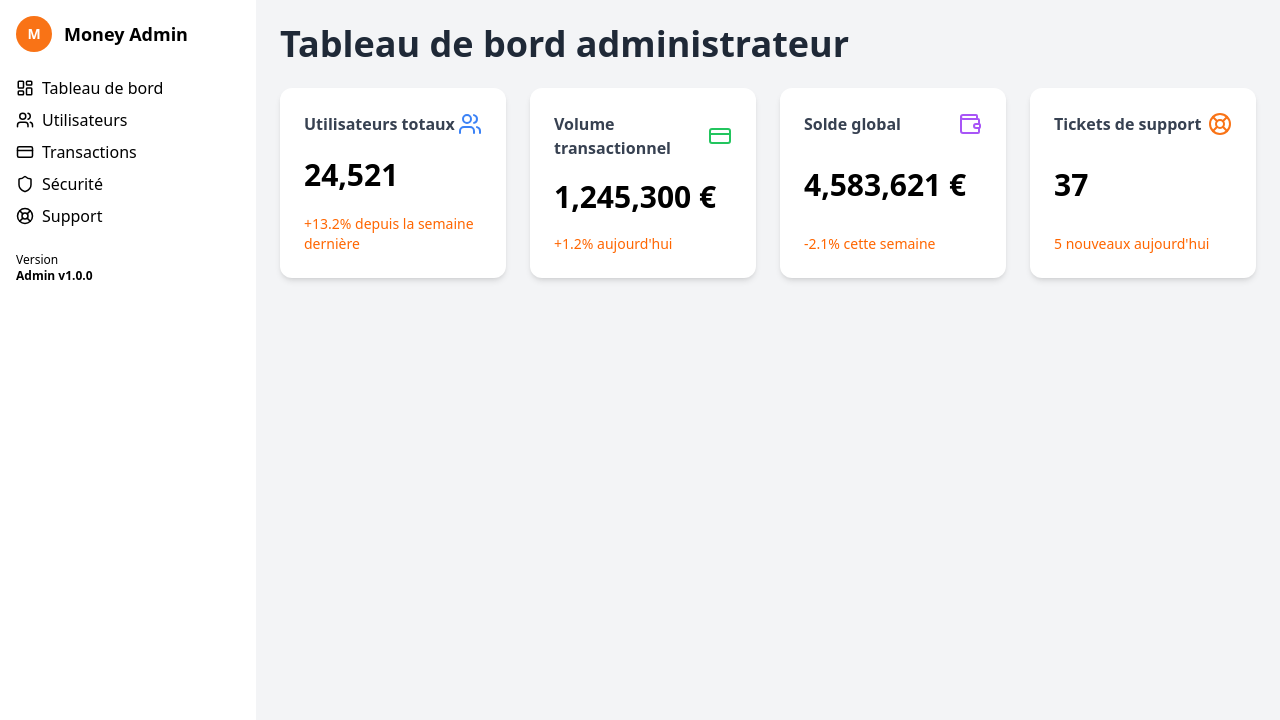
Repository: Edongo999/Dashboard
Page: /
An editor plug-in stored every save of this project. The page is shown before and after the next save, followed by the edit.
The browser window is 1280 px wide. The pictures show the whole page.
The project was rebuilt for these pictures with package versions that can differ from the ones it lists, and the page was loaded fresh each time. Also part of the build but not shown: vite.config.ts.

Above is the page before, as saved 2025-10-13 13:51:45.

### index.html
<!doctype html>
<html lang="en">
  <head>
    <meta charset="UTF-8" />
    <link rel="icon" type="image/svg+xml" href="/vite.svg" />
    <meta name="viewport" content="width=device-width, initial-scale=1.0" />
    <title>mon_dashboard</title>
  </head>
  <body>
    <div id="root"></div>
    <script type="module" src="/src/main.tsx"></script>
  </body>
</html>

### src/App.tsx
import Sidebar from "./components/Sidebar"
import StatBlock from "./components/StatBlock"
import { Users, CreditCard, Wallet, LifeBuoy } from "lucide-react"

const App = () => {
  const kpis = [
    {
      title: "Utilisateurs totaux",
      value: "24,521",
      subtext: "+13.2% depuis la semaine dernière",
      icon: <Users />,
      iconColor: "text-blue-500"
    },
    {
      title: "Volume transactionnel",
      value: "1,245,300 €",
      subtext: "+1.2% aujourd'hui",
      icon: <CreditCard />,
      iconColor: "text-green-500"
    },
    {
      title: "Solde global",
      value: "4,583,621 €",
      subtext: "-2.1% cette semaine",
      icon: <Wallet />,
      iconColor: "text-purple-500"
    },
    {
      title: "Tickets de support",
      value: "37",
      subtext: "5 nouveaux aujourd'hui",
      icon: <LifeBuoy />,
      iconColor: "text-orange-500"
    }
  ]

  return (
    <div className="flex min-h-screen">
      <Sidebar />
      <main
        className="flex-1 overflow-auto p-6"
        style={{ backgroundColor: "#F3F4F6" }}
      >
        <h1
          className="text-4xl font-bold mb-6"
          style={{ color: "#1F2937" }}
        >
          Tableau de bord administrateur
        </h1>

        {/* Cartes KPI responsive */}
        <div className="grid grid-cols-1 sm:grid-cols-2 lg:grid-cols-4 gap-6 mb-6">
          {kpis.map((kpi, i) => (
            <StatBlock key={i} {...kpi} />
          ))}
        </div>
      </main>
    </div>
  )
}

export default App

### src/components/Sidebar.tsx
import {
  LayoutDashboard,
  Users,
  CreditCard,
  Shield,
  LifeBuoy,
  Menu
} from "lucide-react"
import { useState } from "react"

const Sidebar = () => {
  const [open, setOpen] = useState(false)

  return (
    <>
      {/* Bouton hamburger mobile */}
      <button
        className="lg:hidden fixed top-4 left-4 z-50 bg-white p-2 rounded-md shadow-md"
        onClick={() => setOpen(!open)}
      >
        <Menu className="text-gray-800" />
      </button>

      {/* Sidebar */}
      <aside
        className={`fixed top-0 left-0 h-full w-64 bg-neutral text-neutral-content flex flex-col justify-between p-4 z-40 transition-transform duration-300 ${
          open ? "translate-x-0" : "-translate-x-full"
        } lg:translate-x-0 lg:static lg:block`}
        style={{ opacity: 1 }}
      >
        {/* Haut : logo + menu */}
        <div>
          <div className="flex items-center gap-3 mb-6">
            <div className="bg-orange-500 text-white rounded-full w-9 h-9 flex items-center justify-center font-bold text-sm shrink-0">
              M
            </div>
            <span className="text-lg font-semibold whitespace-nowrap">Money Admin</span>
          </div>

          <ul className="menu space-y-2">
            <li><a className="flex items-center gap-2"><LayoutDashboard size={18} />Tableau de bord</a></li>
            <li><a className="flex items-center gap-2"><Users size={18} />Utilisateurs</a></li>
            <li><a className="flex items-center gap-2"><CreditCard size={18} />Transactions</a></li>
            <li><a className="flex items-center gap-2"><Shield size={18} />Sécurité</a></li>
            <li><a className="flex items-center gap-2"><LifeBuoy size={18} />Support</a></li>
          </ul>
        </div>

        {/* Bas : version */}
        <div className="text-xs text-neutral-content/70 mt-6">
          Version<br />
          <span className="font-semibold">Admin v1.0.0</span>
        </div>
      </aside>
    </>
  )
}

export default Sidebar

### src/components/StatBlock.tsx
import { motion } from "framer-motion"

type StatBlockProps = {
  title: string
  value: string
  subtext: string
  icon: React.ReactNode
  iconColor: string
}

const StatBlock = ({ title, value, subtext, icon, iconColor }: StatBlockProps) => {
  return (
    <motion.div
      initial={{ opacity: 0, y: 30 }}
      animate={{ opacity: 1, y: 0 }}
      transition={{ duration: 0.5, ease: "easeOut" }}
      className="bg-white shadow-md p-6 rounded-[12px] flex flex-col justify-between w-full max-w-[240px] h-[190px]"
    >
      <div className="flex justify-between items-center">
        <h3 className="text-base font-semibold text-gray-700">{title}</h3>
        <div className={`text-2xl ${iconColor}`}>{icon}</div>
      </div>
      <p className="text-3xl font-bold mt-2 text-black">{value}</p>
      <p className="text-sm mt-2 text-[#FF6600] font-medium">{subtext}</p>
    </motion.div>
  )
}

export default StatBlock

### tailwind.config.js
/** @type {import('tailwindcss').Config} */
module.exports = {
  content: ["./src/**/*.{js,jsx,ts,tsx}"],
  theme: { extend: {} },
  plugins: [require("daisyui")],
  daisyui: {
    themes: [
      {
        mytheme: {
          "primary": "#570df8",
          "secondary": "#f000b8",
          "accent": "#37cdbe",
          "neutral": "#3d4451",
          "base-100": "#F3F4F6", // <-- couleur de fond principale pour tout le dashboard
          "base-200": "#e5e7eb", // pour cartes ou sections légèrement plus foncées
          "base-300": "#d1d5db", // pour éléments encadrés
          "base-content": "#111827", // couleur du texte principal
          "info": "#3ABFF8",
          "success": "#36D399",
          "warning": "#FBBD23",
          "error": "#F87272",
        },
      },
    ],
  },
};

Loaded but not shown: src/main.tsx (common file); src/index.css (common file)

After the next save:
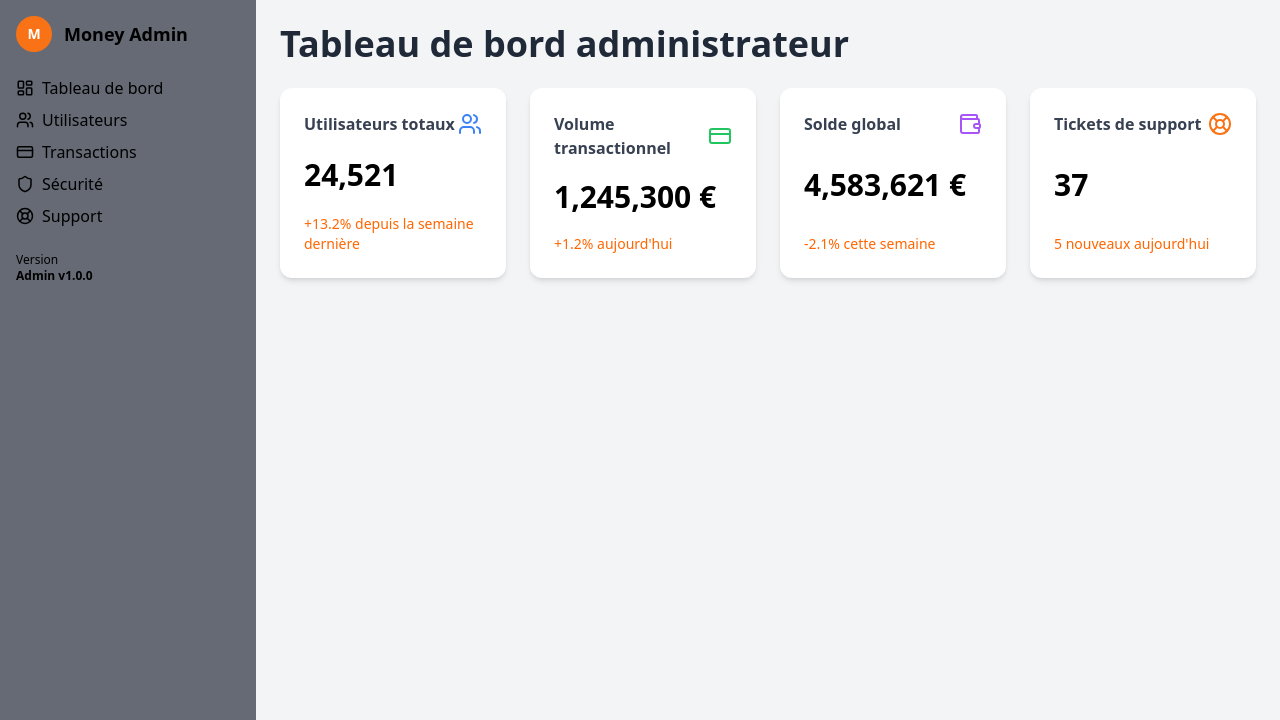
Saved 3 min 20 s later.
--- a/src/components/Sidebar.tsx
+++ b/src/components/Sidebar.tsx
@@ -23,7 +23,7 @@ const Sidebar = () => {
 
       {/* Sidebar */}
       <aside
-        className={`fixed top-0 left-0 h-full w-64 bg-neutral text-neutral-content flex flex-col justify-between p-4 z-40 transition-transform duration-300 ${
+        className={`fixed top-0 left-0 w-64 h-screen bg-[#656A74] text-neutral-content flex flex-col justify-between p-4 z-40 transition-transform duration-300 ${
           open ? "translate-x-0" : "-translate-x-full"
         } lg:translate-x-0 lg:static lg:block`}
         style={{ opacity: 1 }}
